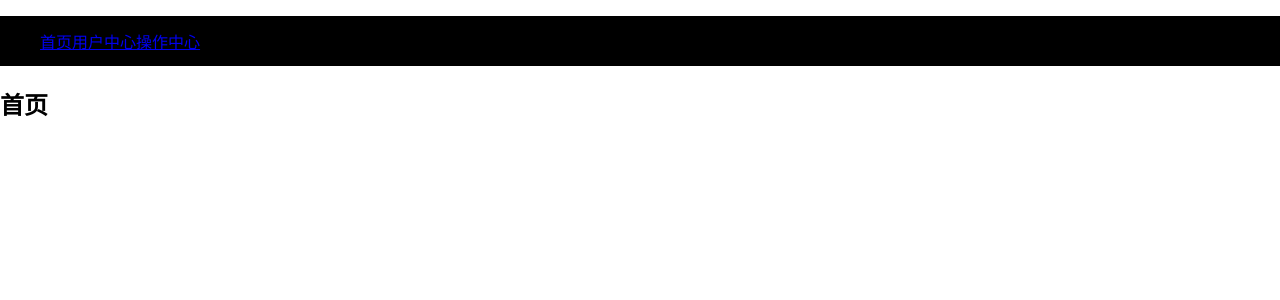
Repository: zhenzhen-gong/react-learning
Page: /
The author's editor kept a copy of each file at every save. The page is drawn from the files as they stood at one save, then again after the next save.
The browser window is 1280 px wide. The pictures show the whole page.
The project was rebuilt for these pictures with package versions that can differ from the ones it lists, and the page was loaded fresh each time. Also part of the build but not shown: src/component/qianTaoRouter/userCenter.js, src/component/qianTaoRouter/handleCenter.js.

Above is the page before, as saved 2021-04-18 23:32:50.

After the next save:
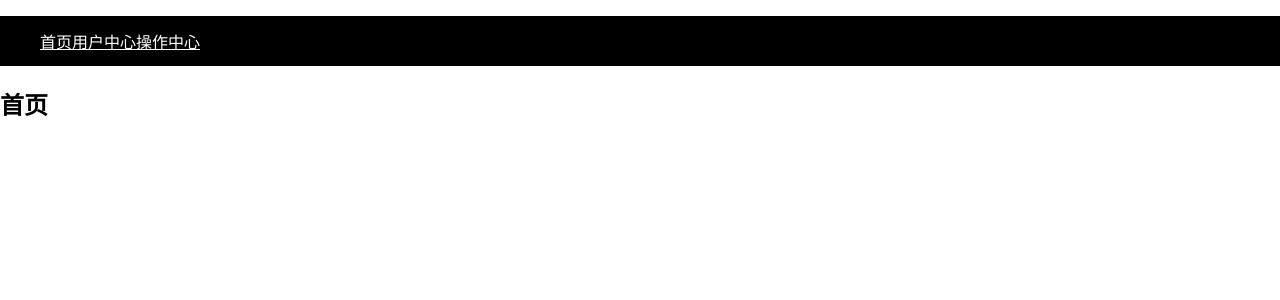
Saved 66 s later.
--- a/src/index.less
+++ b/src/index.less
@@ -4,7 +4,9 @@
     align-items: center;
     background-color: black;
     li {
-        color: #fff;
         list-style: none;
+        a {
+            color: #fff;
+        }
     }
   }
